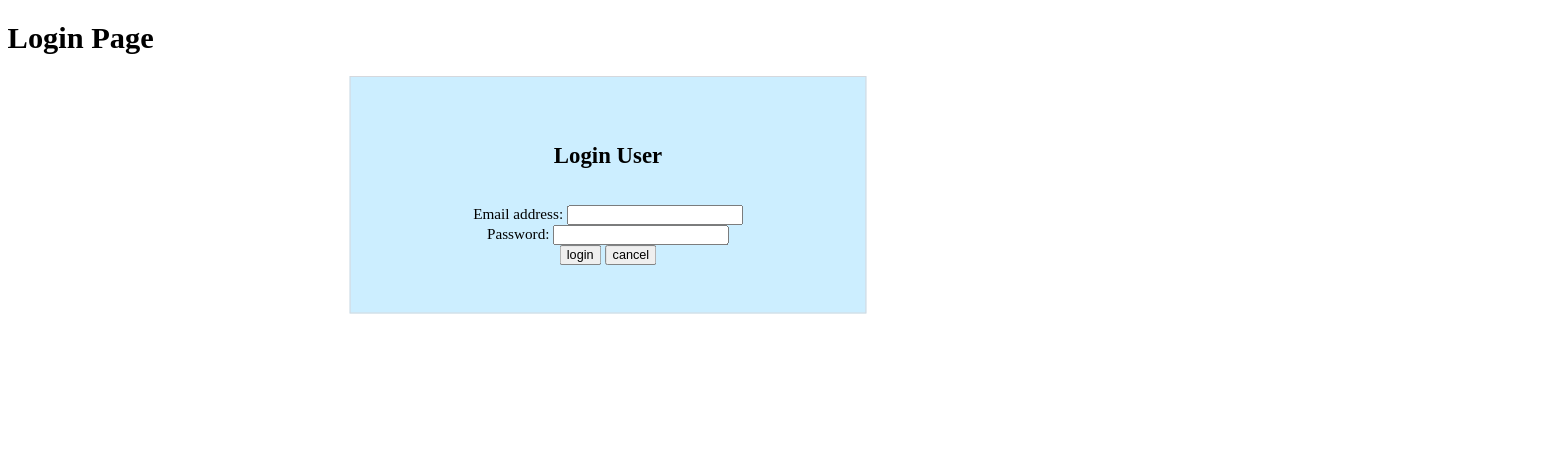
Repository: ashwinipatil321/ServletPrograms
Page: http://localhost/loginAndRegisterServlet/login.jsp
The author's editor kept a copy of each file at every save. The page is drawn from the files as they stood at one save, then again after the next save.
The browser window is 1280 px wide. The page is 1280 px wide, then 1637 px, so the pictures cover 1637 px, including what lies to the right of the window. The pictures show the whole page, at 95% of full size.
Some web libraries are served in a nearby version. The page is served by Tomcat 9. Other server files are loaded and not shown.

Above is the page before, as saved 2017-11-07 05:14:33.

### loginAndRegisterServlet/WebContent/login.jsp
<%@ page language="java" contentType="text/html; charset=UTF-8"
	pageEncoding="UTF-8"%>
<!DOCTYPE html PUBLIC "-//W3C//DTD HTML 4.01 Transitional//EN" "http://www.w3.org/TR/html4/loose.dtd">
<html>
<head>
<meta http-equiv="Content-Type" content="text/html; charset=UTF-8">
<title>welcome Login page</title>
<style type="text/css">
center {
	border: 1px solid #D5D8DC;
	padding: 50px;
	margin: auto;
	background-color: #CCEEFF;
	width: 35%;
}
</style>
</head>

<body>
	<h1>Login Page</h1>
	<center>
		<h2>Login User</h2>
		<form action="Login" method="post">
			<br />
			<!-- Email Id
			<input type="text" name="emailId"> <br /><br>
			 Password
			<input type="password" name="password"> <br /><br>
			<input type="submit" value="Submit" class="button">
			 <a href="Register.jsp">
			 <input type="button" value="cancel" class="button1"></a> -->
			<form>
				<div class="form-group">
					<label for="email">Email address:</label> <input type="email"
						class="form-control" id="email">
				</div>
				<div class="form-group">
					<label for="pwd">Password:</label> <input type="password"
						class="form-control" id="pwd">
				</div>

				<button type="submit" class="button">login</button>
				<a href="Register.jsp">
				 <input type="button" value="cancel" class="button1"></a>
			</form>
		</form>
	</center>
</body>
</html>

After the next save:
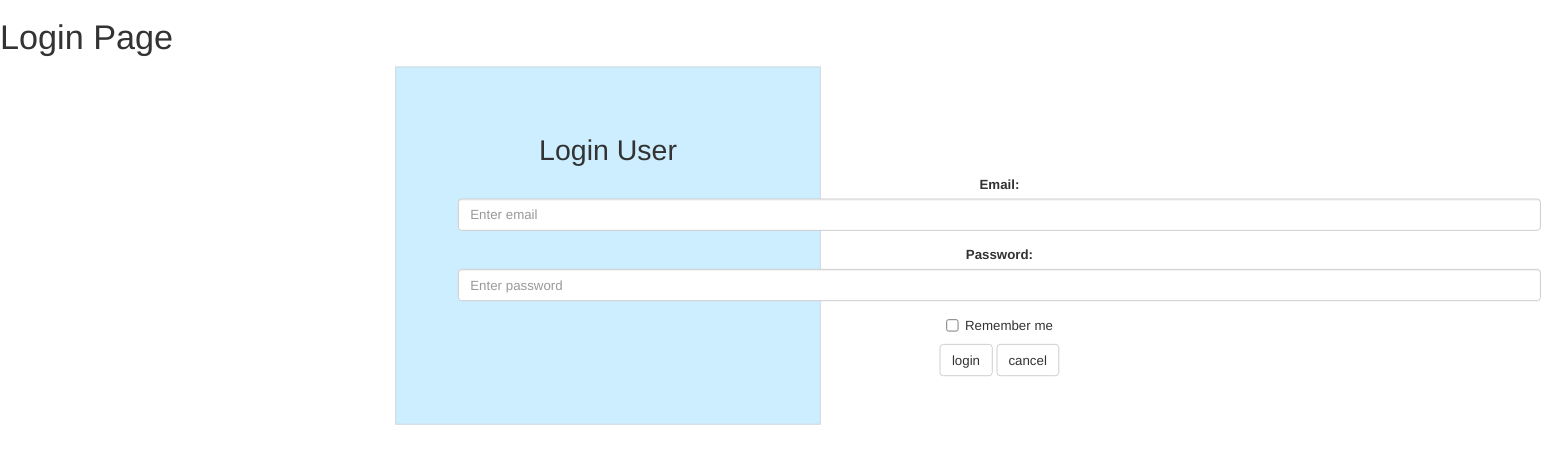
Saved 3 min 52 s later.
--- a/loginAndRegisterServlet/WebContent/login.jsp
+++ b/loginAndRegisterServlet/WebContent/login.jsp
@@ -3,8 +3,15 @@
 <!DOCTYPE html PUBLIC "-//W3C//DTD HTML 4.01 Transitional//EN" "http://www.w3.org/TR/html4/loose.dtd">
 <html>
 <head>
-<meta http-equiv="Content-Type" content="text/html; charset=UTF-8">
-<title>welcome Login page</title>
+<title>welcome page</title>
+<meta charset="utf-8">
+<meta name="viewport" content="width=device-width, initial-scale=1">
+<link rel="stylesheet"
+	href="https://maxcdn.bootstrapcdn.com/bootstrap/3.3.7/css/bootstrap.min.css">
+<script
+	src="https://ajax.googleapis.com/ajax/libs/jquery/3.2.1/jquery.min.js"></script>
+<script
+	src="https://maxcdn.bootstrapcdn.com/bootstrap/3.3.7/js/bootstrap.min.js"></script>
 <style type="text/css">
 center {
 	border: 1px solid #D5D8DC;
@@ -21,29 +28,38 @@ center {
 	<center>
 		<h2>Login User</h2>
 		<form action="Login" method="post">
-			<br />
-			<!-- Email Id
+
+			<div class="container">
+
+				<div class="form-group">
+					<label for="email">Email:</label> <input type="email"
+						class="form-control" id="email" placeholder="Enter email"
+						name="email">
+				</div>
+				<div class="form-group">
+					<label for="pwd">Password:</label> <input type="password"
+						class="form-control" id="pwd" placeholder="Enter password"
+						name="pwd">
+				</div>
+				<div class="checkbox">
+					<label><input type="checkbox" name="remember">
+						Remember me</label>
+				</div>
+				<button type="submit" class="btn btn-default">login</button>
+				<button type="submit" class="btn btn-default">cancel</button>
+		</form>
+		</div>
+</body>
+</html>
+<!-- Email Id
 			<input type="text" name="emailId"> <br /><br>
 			 Password
 			<input type="password" name="password"> <br /><br>
 			<input type="submit" value="Submit" class="button">
 			 <a href="Register.jsp">
 			 <input type="button" value="cancel" class="button1"></a> -->
-			<form>
-				<div class="form-group">
-					<label for="email">Email address:</label> <input type="email"
-						class="form-control" id="email">
-				</div>
-				<div class="form-group">
-					<label for="pwd">Password:</label> <input type="password"
-						class="form-control" id="pwd">
-				</div>
 
-				<button type="submit" class="button">login</button>
-				<a href="Register.jsp">
-				 <input type="button" value="cancel" class="button1"></a>
-			</form>
-		</form>
-	</center>
+</form>
+</center>
 </body>
 </html>
